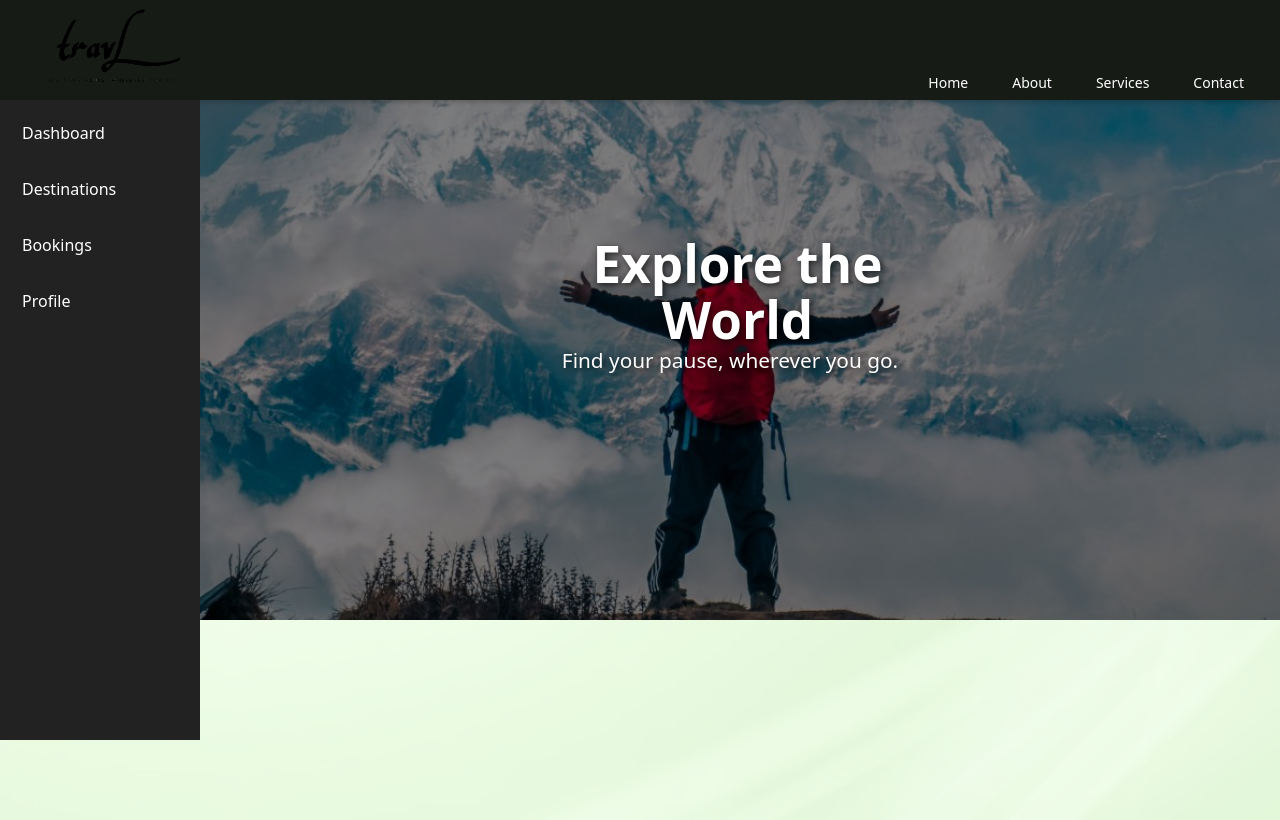
Repository: Nakib-Arman/Javafest25---travL
Page: / (app in Frontend/)
These files come from the project's save history. The page is drawn as it stood at one moment and after a run of saves; the edit follows.
The browser window is 1280 px wide. The pictures show the whole page.
Pictures or frames that could not be fetched are drawn as grey boxes. The project was rebuilt for these pictures with package versions that can differ from the ones it lists, and the page was loaded fresh each time. Also part of the build but not shown: Frontend/vite.config.js.

Above is the page before, as saved 2025-08-13 01:10:34.

### Frontend/src/App.jsx
import { useState } from 'react'

import Home from './Components/Home'

function App() {
  const [count, setCount] = useState(0)

  return (
    <div>
      <Home/>
    </div>
  )
}

export default App

### Frontend/src/Components/Home.jsx
import React, { useState, useEffect } from 'react';
import '../CSS/Home.css';
import Topbar from './Topbar';
import Sidebar from './Sidebar';

import img1 from '../assets/travel1.jpg';
import img2 from '../assets/travel2.jpg';
import img3 from '../assets/travel3.jpg';
import logo from '../assets/Logo1.png';  // adjust the path as needed


export default function Home() {
  const images = [img1, img2, img3];
  const [currentIndex, setCurrentIndex] = useState(0);

  useEffect(() => {
    const timer = setInterval(() => {
      setCurrentIndex((prev) => (prev + 1) % images.length);
    }, 8000);
    return () => clearInterval(timer);
  }, [images.length]);

  return (
    <div className="home-container">
      <Topbar />
      <Sidebar />

      <div className="slideshow-container">
        <div
          className="slide-track"
          style={{ transform: `translateX(-${currentIndex * 100}%)` }}
        >
          {images.map((src, idx) => (
            <img key={idx} src={src} alt={`Slide ${idx}`} className="slide-image" />
          ))}
        </div>

        <div className="overlay-text">
          <h1>Explore the World</h1>
          <p>Find your pause, wherever you go.</p>
        </div>
      </div>
    </div>
  );
}

### Frontend/src/CSS/Home.css
.home-container {
    margin: 0;
    padding: 0;

    height: 100vh;
    width: 100vw;

    background-image: url('../assets/background2.jpg');
    background-position: center;
    background-repeat: no-repeat;
    background-size: cover;

    position: relative;
    color: black;
}


.home-container::before {
    content: '';
    position: absolute;
    top: 0;
    left: 0;
    right: 0;
    bottom: 0;
    background: rgba(241, 255, 238, 0.9);
    z-index: 1;
    pointer-events: none;
  }



/* Slideshow adjusted to leave space for navbars */
.slideshow-container {
    position: relative;
    margin-top: 100px;
    /* space for topbar */
    margin-left: 180px;
    /* space for sidebar */
    width: calc(100% - 180px);
    height: calc(100% - 200px);
    /* 60% of viewport height */
    overflow: hidden;
    background-color: black;
    /* fallback */
    z-index: 2;
}

.slide-track {
    display: flex;
    transition: transform 0.8s ease-in-out;
    height: 100%;
}

.slide-image {
    min-width: 100%;
    height: 100%;
    object-fit: cover;
    opacity: 0.5;
}

/* Text overlay on slideshow */
.overlay-text {
    position: absolute;
    top: 50%;
    left: 50%;
    transform: translate(-50%, -50%);
    text-align: center;
    color: white;
    text-shadow: 2px 2px 6px rgba(0, 0, 0, 0.7);
    z-index: 2;
}

.overlay-text h1 {
    position: absolute;
    bottom: 15px;
    left: 15px;
    z-index: 3;
    pointer-events: none; /* so it doesn't block clicks */
}

.overlay-text p {
    font-size: 1.3rem;
}

### Frontend/src/Components/Topbar.jsx
// src/components/Topbar.js
import React from 'react';
import '../CSS/Topbar.css';

export default function Topbar() {
  return (
    <nav className="topbar">
      <a className="logo-link" href="/"></a>

      <div className="nav-buttons">
        <button>Home</button>
        <button>About</button>
        <button>Services</button>
        <button>Contact</button>
      </div>
    </nav>
  );
}

### Frontend/src/Components/Sidebar.jsx
// src/components/Sidebar.js
import React from 'react';
import '../CSS/Sidebar.css';

export default function Sidebar() {
  return (
    <div className="sidebar">
      <button>Dashboard</button>
      <button>Destinations</button>
      <button>Bookings</button>
      <button>Profile</button>
    </div>
  );
}

### Frontend/src/CSS/Topbar.css
.topbar {
    position: fixed;
    top: 0;
    left: 0;
    right: 0;
    height: 100px;
    background-color: #161b16;
    display: flex;
    justify-content: space-between;
    align-items: flex-end;
    padding: 0 20px;
    box-shadow: 0 2px 5px rgba(0,0,0,0.2);
    z-index: 1000;
  }

  /* Logo */
  .logo-link {
    display: inline-block;
    height: 100px;   /* make bigger if needed */
    width: 180px;
    background-image: url('../assets/Logo1.png');
    background-size: contain;
    background-repeat: no-repeat;
    background-position: center;
  }

  /* Navigation buttons container */
  .nav-buttons {
    display: flex;
    gap: 12px;
  }

  /* Button styling */
  .nav-buttons button {
    background-color: transparent;
    color: white;
    border: none;
    padding: 8px 16px;
    border-radius: 6px;
    font-size: 14px;
    font-weight: 500;
    cursor: pointer;
    transition: background-color 0.3s ease;
  }

  .nav-buttons button:hover {
    background-color: white;
    color: black;
  }

### Frontend/src/CSS/Sidebar.css
.sidebar {
    position: fixed;
    top: 100px; /* below topbar height */
    left: 0;
    width: 180px;
    height: calc(100vh - 100px);
    background-color: #222;
    display: flex;
    flex-direction: column;
    padding: 10px;
    gap: 10px;
    z-index: 1000;
  }

  .sidebar button {
    background-color: transparent;
    color: white;
    border: none;
    padding: 12px;
    text-align: left;
    border-radius: 4px;
    cursor: pointer;
    transition: background-color 0.3s ease;
  }

  .sidebar button:hover {
    background-color: #666;
  }

Loaded but not shown: Frontend/index.html (common file); Frontend/src/main.jsx (common file); Frontend/src/index.css (common file)

After the next 3 saves:
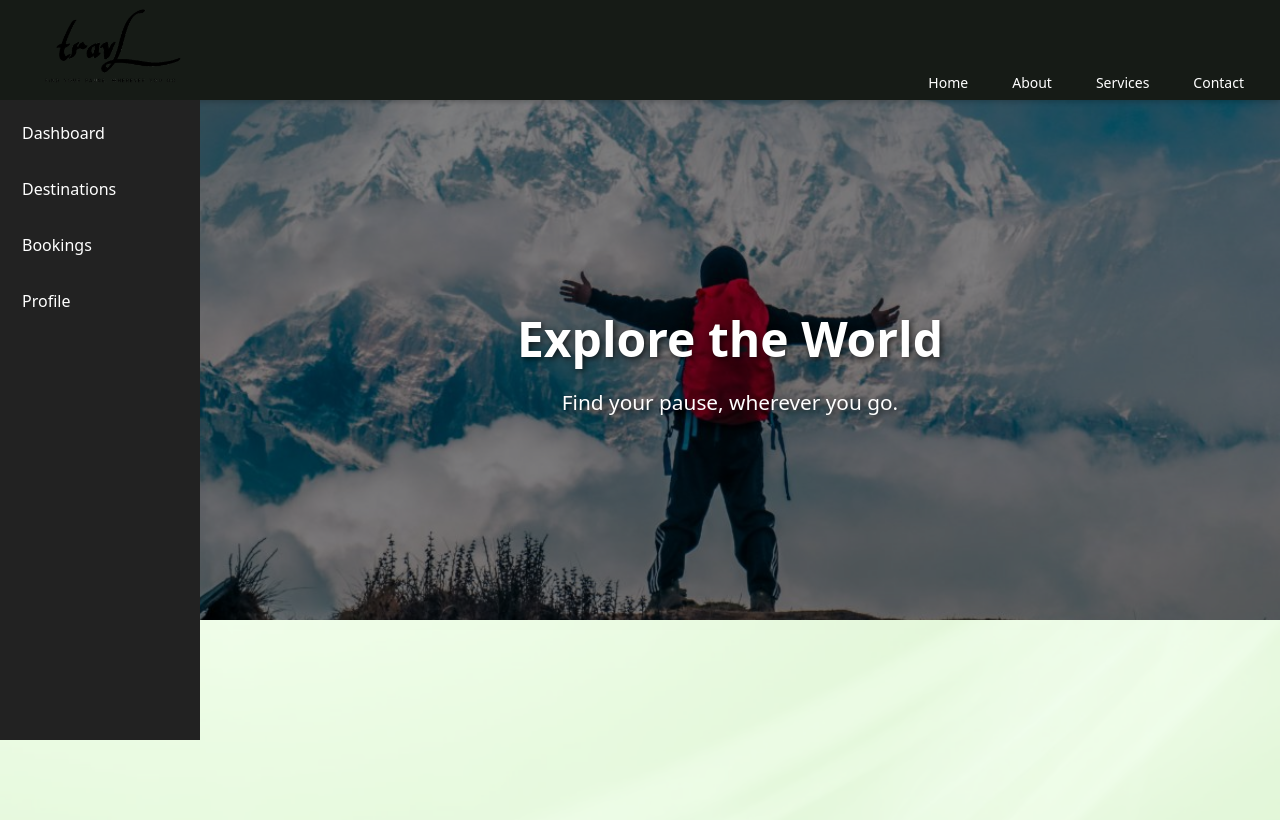
The 3 saves are shown as one change because they came seconds apart.
The last was saved 33 s later.
--- a/Frontend/src/CSS/Home.css
+++ b/Frontend/src/CSS/Home.css
@@ -71,13 +71,24 @@
 }
 
 .overlay-text h1 {
+    font-size: 3rem;
+    margin-bottom: 10px;
+}
+
+.overlay-text p {
+    font-size: 1.3rem;
+}
+
+
+.logo-overlay {
     position: absolute;
     bottom: 15px;
     left: 15px;
     z-index: 3;
     pointer-events: none; /* so it doesn't block clicks */
-}
+  }
 
-.overlay-text p {
-    font-size: 1.3rem;
-}
+  .logo-overlay img {
+    height: 300px; /* adjust size as needed */
+    width: auto;
+  }
